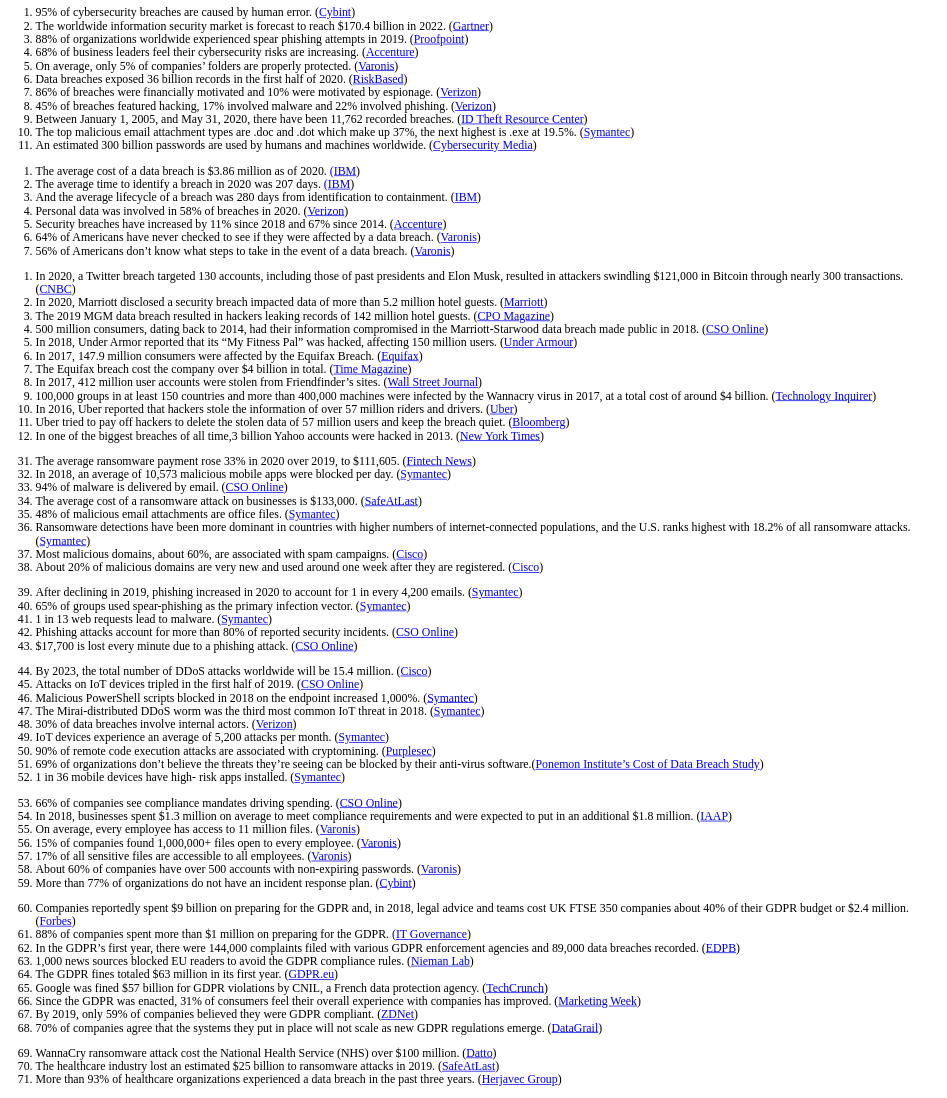
Repository: AniruddhAnand/zero_day_shield
Page: assets/data/facts.html
The author's editor kept a copy of each file at every save. The page is drawn from the files as they stood at one save, then again after the next save.
The browser window is 1280 px wide. The pictures show the whole page, at 74% of full size.

Above is the page before, as saved 2021-07-10 15:08:26.

After the next save:
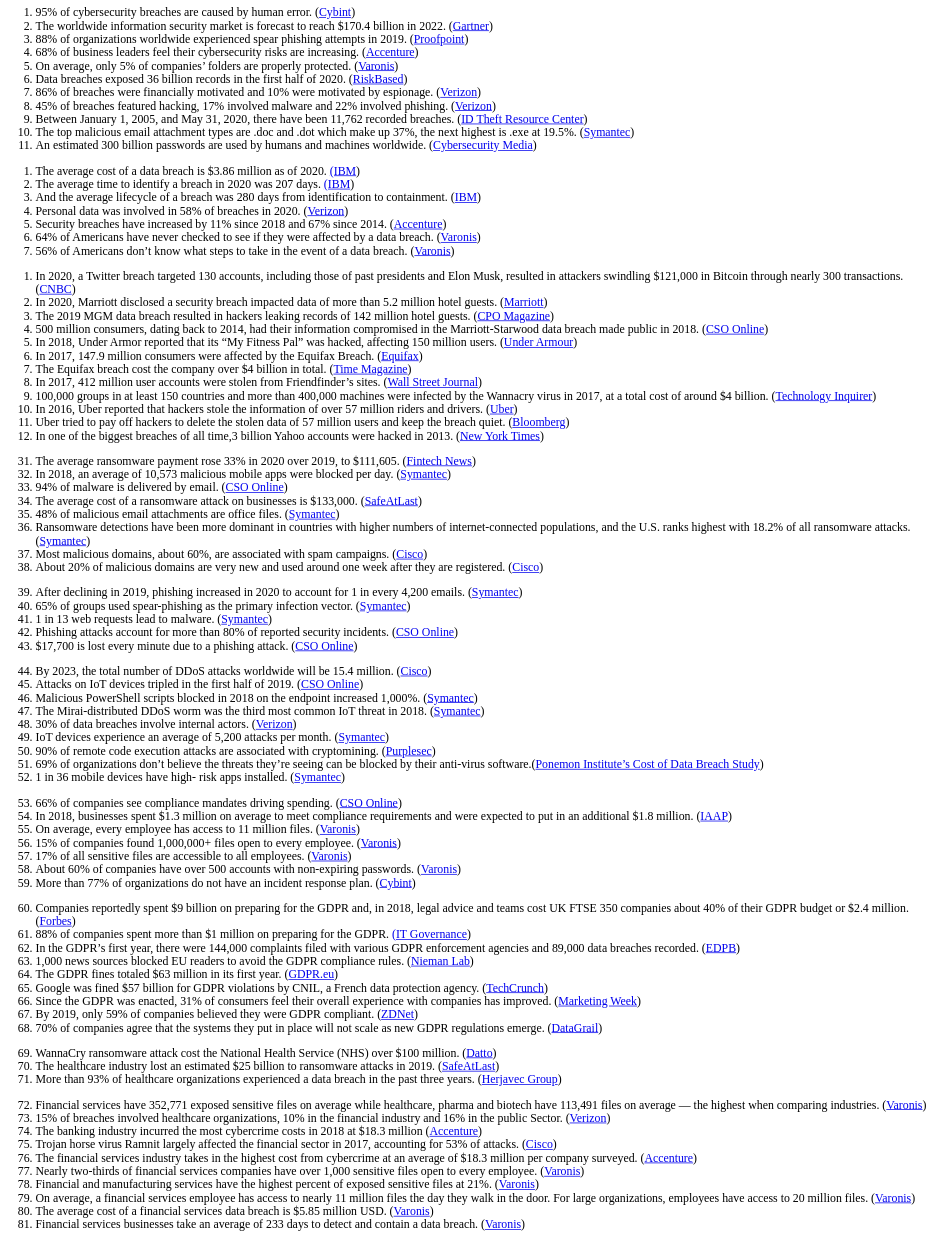
Saved 12 s later.
--- a/assets/data/facts.html
+++ b/assets/data/facts.html
@@ -173,7 +173,18 @@
                         <li aria-level="1">The healthcare industry lost an estimated $25 billion to ransomware attacks in 2019. (<a href="https://safeatlast.co/blog/ransomware-statistics/" target="_blank" rel="noopener noreferrer">SafeAtLast</a>)</li>
                         <li aria-level="1">More than 93% of healthcare organizations experienced a data breach in the past three years. (<a href="https://www.herjavecgroup.com/wp-content/uploads/2019/12/Healthcare-Cybersecurity-Report-2020.pdf" target="_blank" rel="noopener noreferrer">Herjavec Group</a>)</li>
                         </ol>
-
+                        <ol start="72">
+                            <li aria-level="1">Financial services have 352,771 exposed sensitive files on average while healthcare, pharma and biotech have 113,491 files on average — the highest when comparing industries. (<a href="https://www.varonis.com/blog/data-risk-report-highlights-2019/" target="_blank" rel="noopener noreferrer">Varonis</a>)</li>
+                            <li aria-level="1">15% of breaches involved healthcare organizations, 10% in the financial industry and 16% in the public Sector. (<a href="https://enterprise.verizon.com/en-gb/resources/reports/dbir/" target="_blank" rel="noopener noreferrer">Verizon</a>)</li>
+                            <li aria-level="1">The banking industry incurred the most cybercrime costs in 2018 at $18.3 million  (<a href="https://www.accenture.com/_acnmedia/PDF-96/Accenture-2019-Cost-of-Cybercrime-Study-Final.pdf#zoom=50" target="_blank" rel="noopener noreferrer">Accenture</a>)</li>
+                            <li aria-level="1">Trojan horse virus Ramnit largely affected the financial sector in 2017, accounting for 53% of attacks. (<a href="https://www.cisco.com/c/en/us/products/security/security-reports.html#~stickynav=2" target="_blank" rel="noopener noreferrer">Cisco</a>)</li>
+                            <li aria-level="1">The financial services industry takes in the highest cost from cybercrime at an average of $18.3 million per company surveyed. (<a href="https://www.accenture.com/us-en/event-cybertech-europe-2017?src=SOMS#block-insights-and-innovation" target="_blank" rel="noopener noreferrer">Accenture</a>)</li>
+                            <li aria-level="1">Nearly two-thirds of financial services companies have over 1,000 sensitive files open to every employee. (<a href="https://info.varonis.com/hubfs/docs/research_reports/2021-Financial-Data-Risk-Report.pdf?utm_content=146358482&amp;utm_medium=social&amp;utm_source=twitter&amp;hss_channel=tw-21672993" target="_blank" rel="noopener noreferrer">Varonis</a>)</li>
+                            <li aria-level="1">Financial and manufacturing services have the highest percent of exposed sensitive files at 21%. (<a href="https://www.varonis.com/blog/data-risk-report-highlights-2019/" target="_blank" rel="noopener noreferrer">Varonis</a>)</li>
+                            <li aria-level="1">On average, a financial services employee has access to nearly 11 million files the day they walk in the door. For large organizations, employees have access to 20 million files. (<a href="https://info.varonis.com/hubfs/docs/research_reports/2021-Financial-Data-Risk-Report.pdf?utm_content=146358482&amp;utm_medium=social&amp;utm_source=twitter&amp;hss_channel=tw-21672993" target="_blank" rel="noopener noreferrer">Varonis</a>)</li>
+                            <li aria-level="1">The average cost of a financial services data breach is $5.85 million USD. (<a href="https://info.varonis.com/hubfs/docs/research_reports/2021-Financial-Data-Risk-Report.pdf?utm_content=146358482&amp;utm_medium=social&amp;utm_source=twitter&amp;hss_channel=tw-21672993" target="_blank" rel="noopener noreferrer">Varonis</a>)</li>
+                            <li aria-level="1">Financial services businesses take an average of 233 days to detect and contain a data breach. (<a href="https://info.varonis.com/hubfs/docs/research_reports/2021-Financial-Data-Risk-Report.pdf?utm_content=146358482&amp;utm_medium=social&amp;utm_source=twitter&amp;hss_channel=tw-21672993" target="_blank" rel="noopener noreferrer">Varonis</a>)</li>
+                            </ol>
 </body>
 
 </html>
